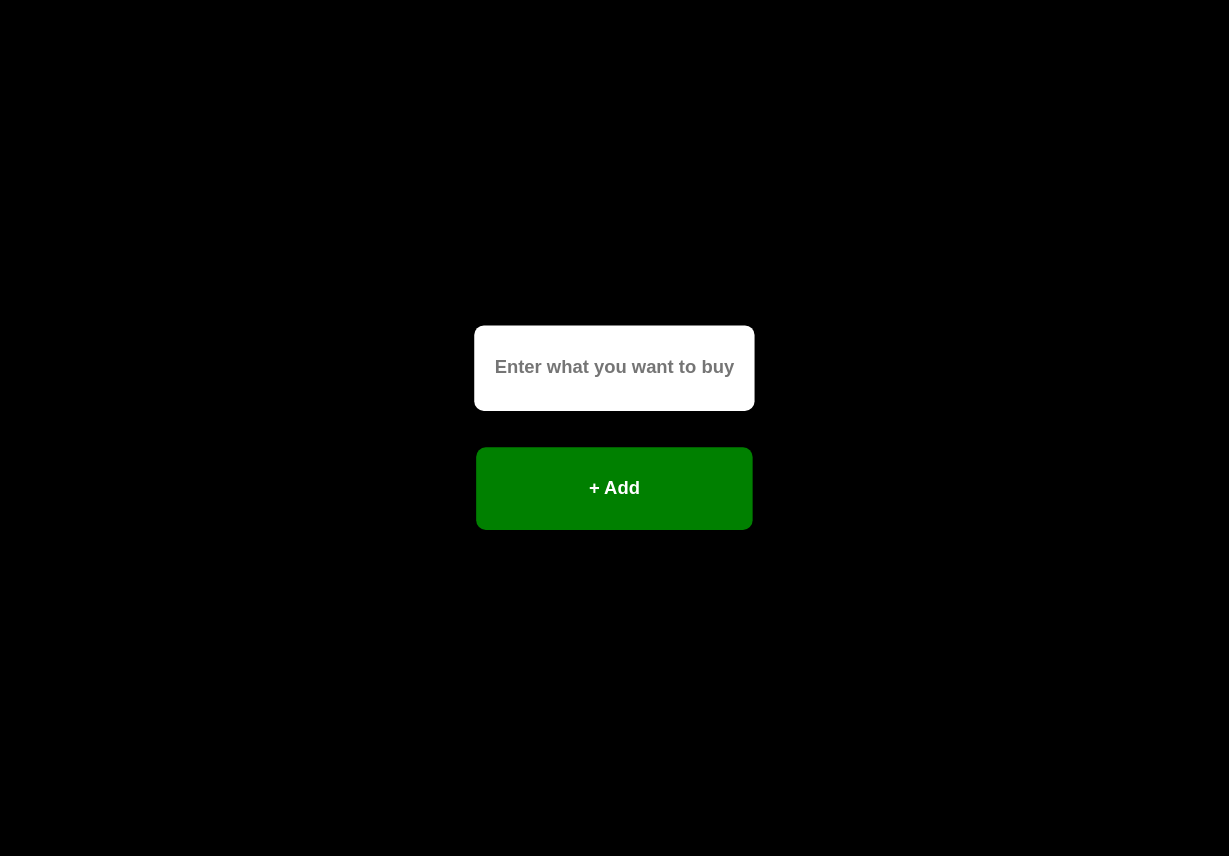
Repository: jcohenp/DI_Exercises
Page: W3/D2/gold/index.html
These files come from the project's save history. The page is drawn as it stood at one moment and after the next save; the edit follows.
The browser window is 1280 px wide. The pictures show the whole page, at 96% of full size.

Above is the page before, as saved 2020-08-25 12:13:18.
Console error: TypeError: Cannot read properties of null (reading 'addEventListener')

### W3/D2/gold/index.html
<!DOCTYPE html>
<html lang="en">

<head>
    <meta charset="UTF-8">
    <meta name="viewport" content="width=device-width, initial-scale=1.0">
    <title>Document</title>
</head>

<body>
    <div id="root"></div>

    <script src="./js/script.js"></script>
</body>

</html>

### W3/D2/gold/js/script.js
document.body.style.backgroundColor = "black";
document.body.style.margin = "25%";
document.body.style.display = "flex";
document.body.style.textAlign = "center";

function styleAll(element) {
    element.style.lineHeight = "2em";
    element.style.height = "4.5em";
    element.style.width = "15em";
    element.style.borderRadius = "10px"
    element.style.border = "none";
    element.style.margin = "1em"
    element.style.textAlign = "center";
    element.style.fontWeight = "bold"
    element.style.fontSize = "1.2em"

}

function createForm() {
    let root = document.getElementById("root");
    let inputForm = document.createElement("form");
    root.appendChild(inputForm);

    let formField = document.createElement("input");
    formField.type = "text";
    formField.placeholder = "Enter what you want to buy";
    // formField.value = "hello123"
    formField.name = "formField";
    let itemValue = formField.value;
    inputForm.appendChild(formField);
    styleAll(formField);

    let button = document.createElement("button");
    button.innerHTML = "+ Add";
    styleAll(button);
    button.style.backgroundColor = "green";
    button.style.color = "white";
    inputForm.appendChild(button);
    button = document.getElementById("button")
    button.addEventListener('click', function(e) {
        console.log("C")
        addItem(itemValue);
    });


    function addItem(itemValue) {
        if (itemValue != null) {
            console.log("item " + itemValue);
            createListItem(itemValue);
        }
    }

    let buttonClear = document.createElement("button");
    buttonClear.innerHTML = "CLEAR ALL";
    inputForm.appendChild(buttonClear);
    styleAll(buttonClear);
    buttonClear.style.backgroundColor = "yellow";
    buttonClear.style.color = "black";
}


function createListItem(itemValue) {
    parent = document.getElementById("root");
    let newItem = document.createElement("div");
    newItem.innerHTML = itemValue;
    newItem.style.color = "white"
    console.log("ItemCreate " + itemValue);
    console.log("createListItem " + newItem);
    styleAll(newItem);
    parent.appendChild(newItem);
}



createForm()

After the next save:
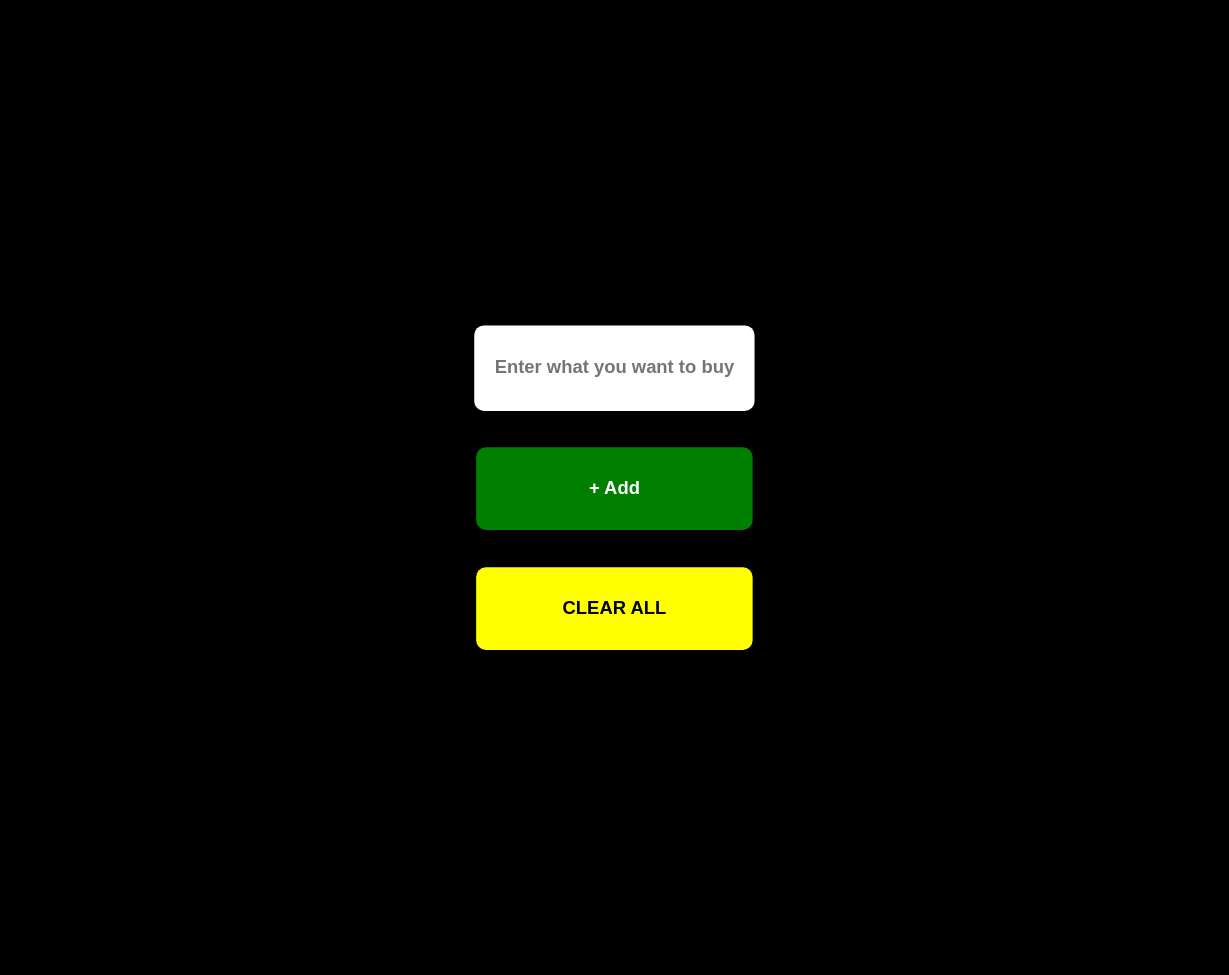
The error is gone.
Saved 39 s later.
--- a/W3/D2/gold/js/script.js
+++ b/W3/D2/gold/js/script.js
@@ -36,7 +36,7 @@ function createForm() {
     button.style.backgroundColor = "green";
     button.style.color = "white";
     inputForm.appendChild(button);
-    button = document.getElementById("button")
+    // button = document.getElementById("button")
     button.addEventListener('click', function(e) {
         console.log("C")
         addItem(itemValue);
